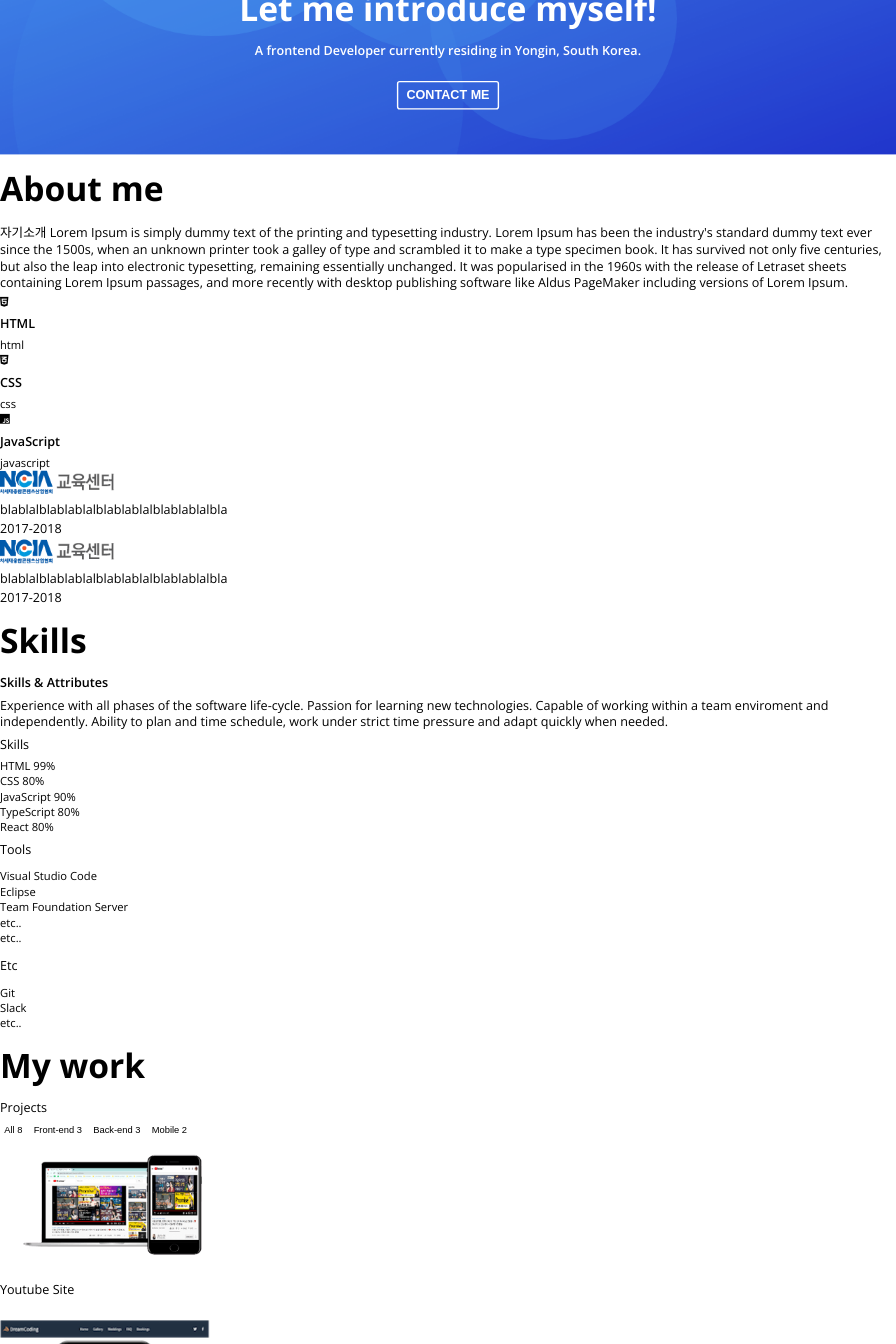
Repository: dhchun1203/Portfolio
Page: index.html
These files come from the project's save history. The page is drawn as it stood at one moment and after the next save; the edit follows.
The browser window is 1280 px wide. The pictures show the part of the page from y = 502 to 2422 px (the page is 5424 px tall before and 6050 px after), at 70% of full size.
Some web libraries are served in a nearby version.

Above is the page before, as saved 2020-12-08 13:24:25.

### index.html
<!DOCTYPE html>
<html lang="en">
	<head>
		<meta charset="UTF-8" />
		<meta name="viewport" content="width=device-width, initial-scale=1.0" />
		<title>Hwan's Portfolio</title>
		<meta
			name="description"
			content="portfolio for world-renowned software engineer Hwan"
		/>
		<meta name="author" content="Hwan" />
		<link rel="icon" type="image/png" href="imgs/favicon.png" />
		<script
			src="https://kit.fontawesome.com/8b98a99811.js"
			crossorigin="anonymous"
		></script>
		<link rel="preconnect" href="https://fonts.gstatic.com" />
		<link
			href="https://fonts.googleapis.com/css2?family=Open+Sans:wght@400;600;700&display=swap"
			rel="stylesheet"
		/>
		<link rel="stylesheet" href="style.css" />
		<script src="main.js" defer></script>
	</head>
	<body>
		<!-- Navbar -->
		<nav id="navbar">
			<div class="navbar__logo">
				<i class="fab fa-diaspora"></i>
				<a href="#">Hwan</a>
			</div>
			<div class="navbar__menu">
				<ul class="navbar__menu">
					<li class="navbar__menu__item active">Home</li>
					<li class="navbar__menu__item">About</li>
					<li class="navbar__menu__item">Skills</li>
					<li class="navbar__menu__item">My work</li>
					<li class="navbar__menu__item">Testimonial</li>
					<li class="navbar__menu__item">Contact</li>
				</ul>
			</div>
		</nav>
		<!-- Home -->
		<section id="home">
			<img class="home__avatar" src="imgs/profile.jpg" alt="profile" />

			<h1 class="home__title">Hello, <br />Let me introduce myself!</h1>

			<h2 class="home__description">
				A frontend Developer currently residing in Yongin, South Korea.
			</h2>
			<button class="home__contact">CONTACT ME</button>
		</section>
		<!-- About -->
		<section id="about" class="section section__container">
			<h1>About me</h1>
			<p>
				자기소개 Lorem Ipsum is simply dummy text of the printing and
				typesetting industry. Lorem Ipsum has been the industry's standard dummy
				text ever since the 1500s, when an unknown printer took a galley of type
				and scrambled it to make a type specimen book. It has survived not only
				five centuries, but also the leap into electronic typesetting, remaining
				essentially unchanged. It was popularised in the 1960s with the release
				of Letraset sheets containing Lorem Ipsum passages, and more recently
				with desktop publishing software like Aldus PageMaker including versions
				of Lorem Ipsum.
			</p>
			<div class="about__majors">
				<div class="major">
					<div class="major__icon"><i class="fab fa-html5"></i></div>
					<h2 class="major__title">HTML</h2>
					<div class="major__description">html</div>
				</div>
				<div class="major">
					<div class="major__icon"><i class="fab fa-css3-alt"></i></div>
					<h2 class="major__title">CSS</h2>
					<div class="major__description">css</div>
				</div>
				<div class="major">
					<div class="major__icon"><i class="fab fa-js"></i></div>
					<h2 class="major__title">JavaScript</h2>
					<div class="major__description">javascript</div>
				</div>
			</div>
			<!-- <div class="about__spec">
				<div class="about__spec__item">
					<img src="" alt="HtmlImage" />
					<h3>HTML</h3>
					<p>html</p>
				</div>
				<div class="about__spec__item">
					<img src="" alt="CssImage" />
					<h3>CSS</h3>
					<p>css</p>
				</div>
				<div class="about__spec__item">
					<img src="" alt="JavaScriptImage" />
					<h3>JavaScript</h3>
					<p>javascript</p>
				</div>
			</div> -->
			<div class="about__jobs">
				<div class="job">
					<img
						src="imgs/jobs/nciaedu_logo.png"
						alt="ncia logo"
						class="job__logo"
					/>
					<div class="job__description">
						<p class="job__name">blablalblablablalblablablalblablablalbla</p>
						<p class="job__period">2017-2018</p>
					</div>
				</div>
				<div class="job">
					<img
						src="imgs/jobs/nciaedu_logo.png"
						alt="ncia logo"
						class="job__logo"
					/>
					<div class="job__description">
						<p class="job__name">blablalblablablalblablablalblablablalbla</p>
						<p class="job__period">2017-2018</p>
					</div>
				</div>
			</div>
			<!-- <div class="career">
				<div class="career__item">
					<img class="career__image" src="" alt="career image" />
					<p>what's my career</p>
				</div>
				<div class="career__item">
					<img class="career__image" src="" alt="career image" />
					<p>what's my career</p>
				</div>
			</div> -->
		</section>
		<!-- Skills -->
		<section id="skills" class="section">
			<div class="section__container">
				<h1>Skills</h1>
				<h2>Skills & Attributes</h2>
				<p>
					Experience with all phases of the software life-cycle. Passion for
					learning new technologies. Capable of working within a team enviroment
					and independently. Ability to plan and time schedule, work under
					strict time pressure and adapt quickly when needed.
				</p>
				<div class="skillset">
					<div class="skillset__left">
						<h3 class="skillset__title">Skills</h3>
						<div class="skill">
							<div class="skill__description">
								<span>HTML</span>
								<span>99%</span>
							</div>
							<div class="skill__bar">
								<div class="skill__value" style="width: 99%"></div>
							</div>
						</div>
						<div class="skill">
							<div class="skill__description">
								<span>CSS</span>
								<span>80%</span>
							</div>
							<div class="skill__bar">
								<div class="skill__value" style="width: 80%"></div>
							</div>
						</div>
						<div class="skill">
							<div class="skill__description">
								<span>JavaScript</span>
								<span>90%</span>
							</div>
							<div class="skill__bar">
								<div class="skill__value" style="width: 90%"></div>
							</div>
						</div>
						<div class="skill">
							<div class="skill__description">
								<span>TypeScript</span>
								<span>80%</span>
							</div>
							<div class="skill__bar">
								<div class="skill__value" style="width: 80%"></div>
							</div>
						</div>
						<div class="skill">
							<div class="skill__description">
								<span>React</span>
								<span>80%</span>
							</div>
							<div class="skill__bar">
								<div class="skill__value" style="width: 80%"></div>
							</div>
						</div>
					</div>
					<div class="skillset__right">
						<div class="tools">
							<h3 class="skillset__title">Tools</h3>
							<ul class="tools__list">
								<li><span>Visual Studio Code</span></li>
								<li><span>Eclipse</span></li>
								<li><span>Team Foundation Server</span></li>
								<li><span>etc..</span></li>
								<li><span>etc..</span></li>
							</ul>
						</div>
						<div class="etc">
							<h3 class="skillset__title">Etc</h3>
							<ul class="etc__list">
								<li><span>Git</span></li>
								<li><span>Slack</span></li>
								<li><span>etc..</span></li>
							</ul>
						</div>
					</div>
				</div>
			</div>
		</section>
		<!-- Work -->
		<section id="work" class="section">
			<div class="section__container">
				<h1>My work</h1>
				<h3>Projects</h3>
				<div class="work__categories">
					<button class="category__btn selected" data-filter="*">
						All <span class="category__count">8</span>
					</button>
					<button class="category__btn" data-filter="front-end">
						Front-end <span class="category__count">3</span>
					</button>
					<button class="category__btn" data-filter="back-end">
						Back-end <span class="category__count">3</span>
					</button>
					<button class="category__btn" data-filter="mobile">
						Mobile <span class="category__count">2</span>
					</button>
				</div>
				<div class="work__projects">
					<a
						href="https://github.com/dhchun1203/DreamCoding_youtube-project"
						class="project"
						data-type="front-end"
						target="blank"
					>
						<img
							src="imgs/projects/project1.png"
							alt="youtube project thumbnail"
							class="project__img"
						/>
						<div class="project__description">
							<!--마우스를 올렸을 때 표시될 내용-->
							<h3>Youtube Site</h3>
							<span>Clone coding with HTML and CSS</span>
						</div>
					</a>
					<a
						href="https://github.com/dhchun1203/DreamCoding_youtube-project"
						class="project"
						data-type="front-end"
						target="blank"
					>
						<img
							src="imgs/projects/project2.png"
							alt="youtube project thumbnail"
							class="project__img"
						/>
						<div class="project__description">
							<h3>Project2</h3>
							<span>Fill in your own project</span>
						</div>
					</a>
					<a
						href="https://github.com/dhchun1203/DreamCoding_youtube-project"
						class="project"
						data-type="front-end"
						target="blank"
					>
						<img
							src="imgs/projects/project3.png"
							alt="youtube project thumbnail"
							class="project__img"
						/>
						<div class="project__description">
							<h3>Project3</h3>
							<span>Fill in your own project</span>
						</div>
					</a>
					<a
						href="https://github.com/dhchun1203/DreamCoding_youtube-project"
						class="project"
						data-type="back-end"
						target="blank"
					>
						<img
							src="imgs/projects/project4.png"
							alt="youtube project thumbnail"
							class="project__img"
						/>
						<div class="project__description">
							<h3>Project4</h3>
							<span>Fill in your own project</span>
						</div>
					</a>
					<a
						href="https://github.com/dhchun1203/DreamCoding_youtube-project"
						class="project"
						data-type="back-end"
						target="blank"
					>
						<img
							src="imgs/projects/project5.png"
							alt="youtube project thumbnail"
							class="project__img"
						/>
						<div class="project__description">
							<h3>Project5</h3>
							<span>Fill in your own project</span>
						</div>
					</a>
					<a
						href="https://github.com/dhchun1203/DreamCoding_youtube-project"
						class="project"
						data-type="mobile"
						target="blank"
					>
						<img
							src="imgs/projects/project6.png"
							alt="youtube project thumbnail"
							class="project__img"
						/>
						<div class="project__description">
							<h3>Project6</h3>
							<span>Fill in your own project</span>
						</div>
					</a>
					<a
						href="https://github.com/dhchun1203/DreamCoding_youtube-project"
						class="project"
						data-type="mobile"
						target="blank"
					>
						<img
							src="imgs/projects/project7.png"
							alt="youtube project thumbnail"
							class="project__img"
						/>
						<div class="project__description">
							<h3>Project7</h3>
							<span>Fill in your own project</span>
						</div>
					</a>
					<a
						href="https://github.com/dhchun1203/DreamCoding_youtube-project"
						class="project"
						data-type="mobile"
						target="blank"
					>
						<img
							src="imgs/projects/project8.png"
							alt="youtube project thumbnail"
							class="project__img"
						/>
						<div class="project__description">
							<h3>Project8</h3>
							<span>Fill in your own project</span>
						</div>
					</a>
				</div>
			</div>
		</section>
		<!-- Testimonial -->
		<!-- modify BEM naming and add testimonial images -->
		<!-- <section id="testimonial">
			<h2 class="testimonial__title">Testimonials</h2>
			<h3 class="testimonial__subTitle">See what they say about me</h3>
			<div class="testimonial__content">
				<div class="testimonial__content__item">
					<img src="" alt="profile image" class="testimonial__avatar" />
					<div class="testimonial__mention">
						<p>
							Lorem Ipsum is simply dummy text of the printing and typesetting
							industry. Lorem Ipsum has been the industry's standard dummy text
							ever since the 1500s, when an unknown printer took a galley of
							type and scrambled it to make a type specimen book. It has
							survived not only five centuries, but also the leap into
							electronic typesetting, remaining essentially unchanged.
						</p>
						<p><strong>Hwan</strong> / TigerSpike</p>
					</div>
				</div>
				<div class="testimonial__content__item">
					<img src="" alt="profile image" class="testimonial__avatar" />
					<div class="testimonial__mention">
						<p>
							Lorem Ipsum is simply dummy text of the printing and typesetting
							industry. Lorem Ipsum has been the industry's standard dummy text
							ever since the 1500s, when an unknown printer took a galley of
							type and scrambled it to make a type specimen book. It has
							survived not only five centuries, but also the leap into
							electronic typesetting, remaining essentially unchanged.
						</p>
						<p><strong>Hwan</strong> / TigerSpike</p>
					</div>
				</div>
			</div>
		</section> -->
		<section id="testimonial" class="section">
			<h1>Testimonials</h1>
			<h3>See what they say about me</h3>
			<div class="testimonials">
				<div class="testimonial">
					<img
						src="imgs/testimonial/people1.jpg"
						alt="People"
						class="testimonial__avatar"
					/>
					<div class="testimonial__speech-bubble">
						<p>
							Lorem Ipsum has been the industry's standard dummy text ever since
							the 1500s, when an unknown printer took a galley of type and
							scrambled it to make a type specimen book. It has survived not
							only five centuries, but also the leap into electronic
							typesetting, remaining essentially unchanged.
						</p>
						<p class="name"><a href="">Sung jin</a> / Samsung</p>
					</div>
				</div>
				<div class="testimonial">
					<img
						src="imgs/testimonial/people1.jpg"
						alt="People"
						class="testimonial__avatar"
					/>
					<div class="testimonial__speech-bubble">
						<p>
							Lorem Ipsum has been the industry's standard dummy text ever since
							the 1500s, when an unknown printer took a galley of type and
							scrambled it to make a type specimen book. It has survived not
							only five centuries, but also the leap into electronic
							typesetting, remaining essentially unchanged.
						</p>
						<p class="name"><a href="">Sung jin</a> / Samsung</p>
					</div>
				</div>
			</div>
		</section>
		<!-- Contact -->
		<!-- modify BEM naming and add .contact__links -->
		<!-- <footer id="contact">
			<h2 class="contact__title">Let's talk</h2>
			<h3 class="contact__email">dhchun1203@gmail.com</h3>
			<div class="contact__socialMediaIcon">
				<i class=""></i>
				<i class=""></i>
			</div>
			<p class="contact__copyRight">
				2020 Dream Coding Hwan - All right reserved
			</p>
		</footer> -->
		<section id="contact" class="section">
			<h1 class="contact__title">Let's talk</h1>
			<h2 class="contact__email">dhchun1203@gmil.com</h2>
			<div class="contact__links">
				<a href="https://github.com/dhchun1203">
					<i class="fab fa-github"></i>
				</a>
				<a href="https://www.facebook.com/profile.php?id=100010406657545">
					<i class="fab fa-facebook"></i>
				</a>
			</div>
			<p class="contact__rights">
				2020 Dream Coding Hwan - All rights reserved
			</p>
		</section>
	</body>
</html>

### style.css
/* Global */
:root {
	/* Color */
	--color-white: #ffffff;
	--color-light-white: #eeeeee;
	--color-dark-white: #bdbdbd;
	--color-pink: #fe918d;
	--color-dark-pink: #ff6863;
	--color-dark-grey: #4d4d4d;
	--color-grey: #616161;
	--color-light-grey: #7c7979;
	--color-blue: #73aace;
	--color-yellow: #fff7d1;
	--color-orange: #feb546;
	--color-black: #000000;
	/* Font size */
	--font-large: 48px;
	--font-medium: 28px;
	--font-regular: 18px;
	--font-small: 16px;
	--font-micro: 14px;
	/* Font weight */
	--weight-bold: 700;
	--weight-semi-bold: 600;
	--weight-regular: 400;
	/* Size */
	--size-border-radius: 4px;
}

/* Universal tags */
* {
	box-sizing: border-box;
}

body {
	margin: 0;
	font-family: "Open Sans", sans-serif;
	cursor: default;
}

a {
	text-decoration: none;
	color: var(--color-white);
}

ul {
	padding-left: 0;
}

li {
	list-style: none;
}

button {
	background-color: transparent;
	cursor: pointer;
	border: none;
	outline: none;
}
/* Typography(header) */
h1 {
	font-size: var(--font-large);
	font-weight: var(--weight-bold);
	color: var(--color-black);
	margin: 16px 0;
}

h2 {
	font-size: var(--font-regular);
	font-weight: var(--weight-semi-bold);
	color: var(--color-black);
	margin: 8px 0;
}

h3 {
	font-size: var(--font-regular);
	font-weight: var(--font-regular);
	color: var(--color-black);
	margin: 8px 0;
}

p {
	font-size: var(--font-regular);
	font-weight: var(--font-regular);
	color: var(--color-black);
	margin: 4px 0;
}
/* Navbar */
#navbar {
	display: flex;
	justify-content: space-between;
	align-items: center;
	background-color: var(--color-pink);
	color: var(--color-white);
	padding: 16px;
}
.navbar__menu {
	display: flex;
}
.navbar__logo {
	font-size: var(--font-medium);
	font-weight: var(--weight-semi-bold);
}
.navbar__menu__item {
	padding: 8px 12px;
	margin: 0 4px;
	cursor: pointer;
	border-radius: var(--size-border-radius);
}
.navbar__menu__item.active {
	border: 1px solid var(--color-white);
	border-radius: var(--size-border-radius);
}
.navbar__menu__item:hover {
	background-color: var(--color-dark-pink);
}
/* Home */
#home {
	background: url("imgs/home-background.png.png") center/cover no-repeat;
	padding: 40px;
	text-align: center;
}
.home__avatar {
	width: 200px;
	height: 250px;
	border-radius: 50%;
	border: 2px solid var(--color-light-white);
}

.home__title,
.home__description {
	color: var(--color-white);
}
.home__contact {
	color: var(--color-white);
	font-size: var(--font-regular);
	font-weight: var(--weight-bold);
	margin: 24px;
	padding: 8px 12px;
	border: 2px solid var(--color-white);
	border-radius: var(--size-border-radius);
}

Loaded but not shown: main.js (no copy from this time; the picture is the same without it)

After the next save:
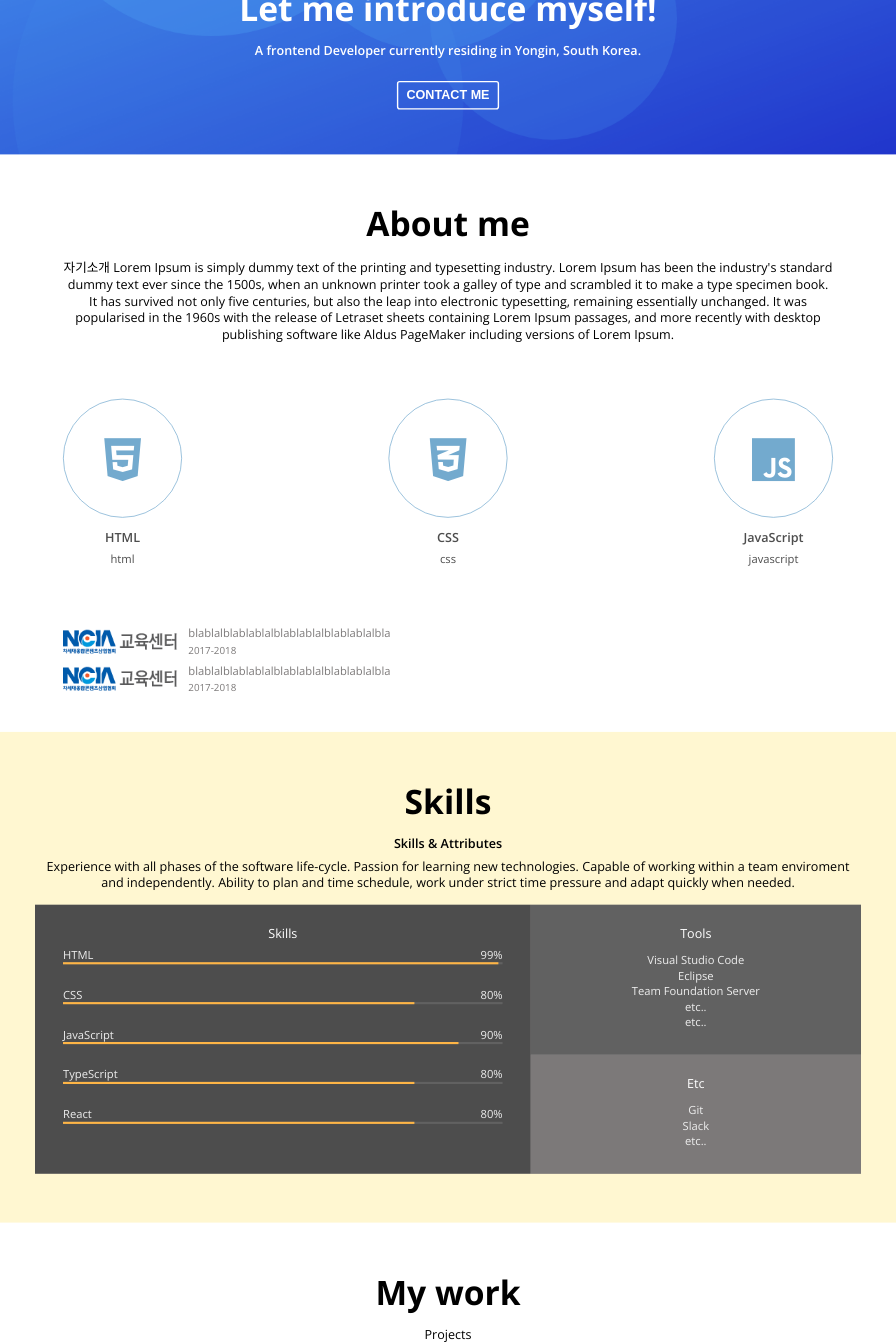
Saved 12 s later.
--- a/style.css
+++ b/style.css
@@ -25,6 +25,9 @@
 	--weight-regular: 400;
 	/* Size */
 	--size-border-radius: 4px;
+
+	/* Animation */
+	--animation-duration: 300ms;
 }
 
 /* Universal tags */
@@ -140,3 +143,120 @@ p {
 	border: 2px solid var(--color-white);
 	border-radius: var(--size-border-radius);
 }
+/* Section common */
+.section {
+	text-align: center;
+	padding: 50px;
+	margin: auto;
+}
+
+.section__container {
+	max-width: 1200px;
+	margin: auto;
+}
+/* About */
+.about__majors {
+	display: flex;
+	justify-content: space-between;
+	margin: 80px 0;
+}
+
+.major__icon {
+	width: 170px;
+	height: 170px;
+	font-size: 70px;
+	line-height: 170px;
+	margin: auto;
+	border: 1px solid var(--color-blue);
+	border-radius: 50%;
+	margin-bottom: 16px;
+	color: var(--color-blue);
+}
+.major__icon i {
+	transition: all var(--animation-duration) ease;
+}
+.major__icon:hover i {
+	color: var(--color-pink);
+	transform: rotate(-30deg) scale(1.1);
+	/* transition-duration: 2s; */
+}
+.major__title,
+.major__description {
+	color: var(--color-dark-grey);
+}
+
+.major__description {
+	font-size: var(--font-small);
+}
+
+.job {
+	display: flex;
+	align-items: center;
+}
+
+.job__description {
+	margin: 0 16px;
+	text-align: left;
+}
+
+.job__name,
+.job__period {
+	color: var(--color-light-grey);
+}
+
+.job__name {
+	font-size: var(--font-small);
+}
+.job__period {
+	font-size: var(--font-micro);
+}
+
+/* Skill */
+
+#skills {
+	background-color: var(--color-yellow);
+}
+
+.skillset {
+	color: var(--color-light-white);
+	display: flex;
+	background-color: var(--color-light-grey);
+	margin: 20px 0;
+}
+.skillset__title {
+	color: var(--color-white);
+}
+.skillset__left {
+	flex-basis: 60%;
+	background-color: var(--color-dark-grey);
+	padding: 20px 40px;
+}
+.skill {
+	margin-bottom: 32px;
+}
+.skill__description {
+	display: flex;
+	justify-content: space-between;
+}
+.skill__bar {
+	width: 100%;
+	height: 3px;
+	background-color: var(--color-grey);
+}
+.skill__value {
+	height: 3px;
+	background-color: var(--color-orange);
+}
+.skillset__right {
+	flex-basis: 40%;
+}
+.tools,
+.etc {
+	padding: 20px;
+}
+.tools {
+	background-color: var(--color-grey);
+}
+.etc {
+	background-color: var(--color-light-grey);
+}
